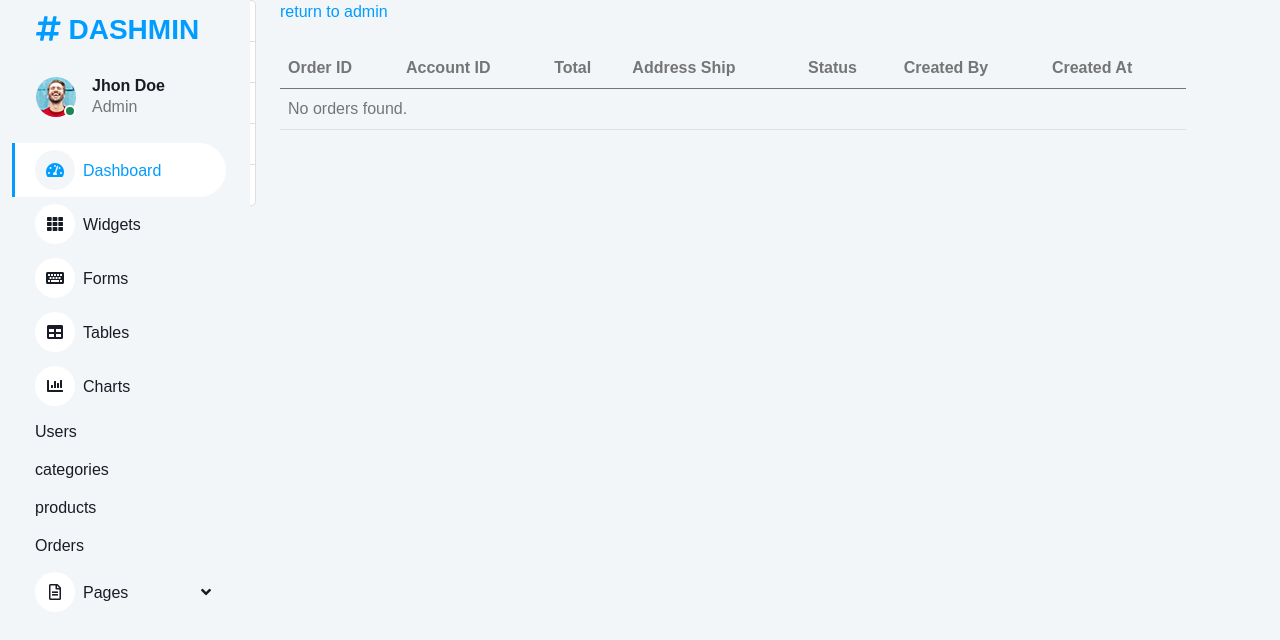
Repository: beovan/php1_ASM
Page: http://localhost/admin/order.php
The author's editor kept a copy of each file at every save. The page is drawn from the files as they stood at one save, then again after the next save.
The browser window is 1280 px wide. The pictures show the whole page.
Some web fonts or font styles are not loaded; a fallback is used. Some web libraries are served in a nearby version. The page is run by PHP 8.4 with error messages shown; the project is at /var/www/html/. The session is filled in as if someone had signed in: {"account_id": 1}. Other server files are loaded and not shown. Queries for data that is not in the repository find no rows.

Above is the page before, as saved 2023-08-09 22:30:13.

### admin/order.php
<?php
include '../config.php';
session_start();
include_once("../account_id.php");

if (isset($_GET['order_details_id']) && is_numeric($_GET['order_details_id'])) {
    $message = "";
    $categoryId = $_GET['order_details_id'];
    // Bước 3: Thực hiện câu truy vấn xoá bản ghi có ID tương ứng
    $sqlDelete = "DELETE FROM order_details WHERE order_details_id = $categoryId";
    if ($conn->query($sqlDelete) === TRUE) {
        $message = "Data deleted successfully.";
    } else {
        $message = "Error while deleting data:  " . $conn->error;
    }
}

?>

<!doctype html>
<html lang="en">

<head>
    <meta charset="UTF-8" />
    <meta http-equiv="X-UA-Compatible" content="IE=edge" />
    <meta name="viewport" content="width=device-width, initial-scale=1.0" />
    <title>order</title>
    <?php
    include('./layout/header.php');
  ?>
</head>

<body>
    <div class="container">
        <div class="row">
            <?php
   $select_user = mysqli_query($conn, "SELECT * FROM `account`
   WHERE account_id ='$account_id' ")
   or die("query failed");
   if (mysqli_num_rows($select_user) > 0) {
       $fetch_user = mysqli_fetch_assoc($select_user);
   };
   include "./layout/nav.php";
   include("./layout/side_bar.php");
   ?>

            <div class="col col-lg-10">
                <a href="./admin_user.php">return to admin </a>
                <br>
                <?php
            //chỉnh đây
            if (isset($message) && $message !== '') {
                echo $message;
            }
            //đến đây
            ?>
            <br>
                 <table class="table table-hover">
            <thead>
                <tr>
                    <th>Order ID</th>
                    <th>Account ID</th>
                    <th>Total</th>
                    <th>Address Ship</th>
                    <th>Status</th>
                    <th>Created By</th>
                    <th>Created At</th>
                </tr>
            </thead>
            <tbody>
                <?php
                // Assuming you have a database connection established ($conn)
                $query = "SELECT * FROM `order`"; // Replace with your actual table name
                $result = mysqli_query($conn, $query);

                if (mysqli_num_rows($result) > 0) {
                    while ($row = mysqli_fetch_assoc($result)) {
                        ?>
                        <tr>
                            <td><?php echo $row['order_id']; ?></td>
                            <td><?php echo $row['account_id']; ?></td>
                            <td><?php echo $row['total']; ?></td>
                            <td><?php echo $row['address_ship']; ?></td>
                            <td><?php echo $row['status']; ?></td>
                            <td><?php echo $row['created_by']; ?></td>
                            <td><?php echo $row['created_at']; ?></td>
                        </tr>
                        <?php
                    }
                } else {
                    ?>
                    <tr>
                        <td colspan="7">No orders found.</td>
                    </tr>
                    <?php
                }
                ?>
            </tbody>
        </table>
            </div>
        </div>
    </div>

</body>

</html>

### config.php
<?php
$conn = mysqli_connect('localhost','root','','php1_asm_pk03114' ) or die('connection failed');

?>

### account_id.php
<?php

$account_id = $_SESSION['account_id'];

if (!isset($account_id)){
    header('location:login.php');
}

//logout thì quay lại trang chủ
if (isset($_GET['logout'])) {
    unset($account_id);
    session_destroy();
    header('location:login.php');
    exit;
}

?>

### admin/layout/header.php
  <link rel="stylesheet" href="https://cdn.jsdelivr.net/npm/bootstrap-icons@1.10.5/font/bootstrap-icons.css" />
  <link href="https://cdn.jsdelivr.net/npm/bootstrap@5.2.3/dist/css/bootstrap.min.css" rel="stylesheet">
  <script src="https://cdn.jsdelivr.net/npm/bootstrap@5.2.3/dist/js/bootstrap.bundle.min.js"></script>


    <!-- chỉnh css mới (cart) -->
  <link rel="stylesheet" href="../css/thongtintaikhoan.css">
    <link rel="stylesheet" href="../css/sidebar.css">
    <link rel="stylesheet" href="../css/dashboard.css">

       <!-- Favicon -->
       <link href="img/favicon.ico" rel="icon">

<!-- Google Web Fonts -->
<link rel="preconnect" href="https://fonts.googleapis.com">
<link rel="preconnect" href="https://fonts.gstatic.com" crossorigin>
<link href="https://fonts.googleapis.com/css2?family=Heebo:wght@400;500;600;700&display=swap" rel="stylesheet">

<!-- Icon Font Stylesheet -->
<link href="https://cdnjs.cloudflare.com/ajax/libs/font-awesome/5.10.0/css/all.min.css" rel="stylesheet">
<link href="https://cdn.jsdelivr.net/npm/bootstrap-icons@1.4.1/font/bootstrap-icons.css" rel="stylesheet">

<!-- Libraries Stylesheet -->
<link href="lib/owlcarousel/assets/owl.carousel.min.css" rel="stylesheet">
<link href="lib/tempusdominus/css/tempusdominus-bootstrap-4.min.css" rel="stylesheet" />

<!-- Customized Bootstrap Stylesheet -->
<link href="css/bootstrap.min.css" rel="stylesheet">

<!-- Template Stylesheet -->
<link href="css/style.css" rel="stylesheet">

### admin/layout/nav.php
   <div class="sidebar pe-4 pb-3">
            <nav class="navbar bg-light navbar-light">
                <a href="index.html" class="navbar-brand mx-4 mb-3">
                    <h3 class="text-primary"><i class="fa fa-hashtag me-2"></i>DASHMIN</h3>
                </a>
                <div class="d-flex align-items-center ms-4 mb-4">
                    <div class="position-relative">
                        <img class="rounded-circle" src="img/user.jpg" alt="" style="width: 40px; height: 40px;">
                        <div class="bg-success rounded-circle border border-2 border-white position-absolute end-0 bottom-0 p-1"></div>
                    </div>
                    <div class="ms-3">
                        <h6 class="mb-0">Jhon Doe</h6>
                        <span>Admin</span>
                    </div>
                </div>
                <div class="navbar-nav w-100">
                    <a href="index.html" class="nav-item nav-link active"><i class="fa fa-tachometer-alt me-2"></i>Dashboard</a>

                    <a href="widget.html" class="nav-item nav-link"><i class="fa fa-th me-2"></i>Widgets</a>
                    <a href="form.html" class="nav-item nav-link"><i class="fa fa-keyboard me-2"></i>Forms</a>
                    <a href="table.html" class="nav-item nav-link"><i class="fa fa-table me-2"></i>Tables</a>
                    <a href="chart.html" class="nav-item nav-link"><i class="fa fa-chart-bar me-2"></i>Charts</a>
                    <a class= 'nav-item nav-link' href="../admin/users.php">Users</a>
                    <a class= 'nav-item nav-link' href="../admin/categories.php">categories</a>
                    <a class= 'nav-item nav-link' href="../admin/products.php">products</a>
                    <a class= 'nav-item nav-link' href="../admin/order.php">Orders</a>

                    <div class="nav-item dropdown">
                        <a href="#" class="nav-link dropdown-toggle" data-bs-toggle="dropdown"><i class="far fa-file-alt me-2"></i>Pages</a>
                        <div class="dropdown-menu bg-transparent border-0">
                            <a href="signin.html" class="dropdown-item">Sign In</a>
                            <a href="signup.html" class="dropdown-item">Sign Up</a>
                            <a href="404.html" class="dropdown-item">404 Error</a>
                            <a href="blank.html" class="dropdown-item">Blank Page</a>
                        </div>
                    </div>
                </div>
            </nav>
        </div>

### admin/layout/side_bar.php
<div class="col col-lg-2">
      <ul class="list-group">
          <li class="list-group-item">
          <a class= 'link' href="../admin/users.php">Users</a>
        </li>
          <li class="list-group-item">
              <a class= 'link' href="../admin/categories.php">categories</a>
          </li>
          <li class="list-group-item">
          <a class= 'link' href="../admin/products.php">products</a>
          </li>
          <li class="list-group-item">
          <a class= 'link' href="../admin/order.php">Orders</a>
          </li>

          <li class="list-group-item">Report</li>
      </ul>
  </div>

### css/thongtintaikhoan.css
.account-info {
    width: 1200px;
    height: 600px;
    text-align: left;
    line-height: 80px;
  }

  .account-info-button {
    display: flex;
    justify-content: center;
  }

  .account-info-list li {
    list-style: none;
  }

  #account-info-save {
    width: 100px;
    height: 50px;
    background-color: white;
    border: 1px solid black;
    display: flex;
    align-items: center;
    justify-content: center;
    transition: 1s;
    color: black;
  }

  #account-info-save:hover {
    background-color: var(--banner-color); /* Replace var(--banner-color) with the desired color */
    color: white;
  }

  .account-info-title {
    border-bottom: 1px solid rgba(141, 141, 141, 0.266);
  }

### css/sidebar.css
.link {
    text-decoration: none;
    color: black ;
}

### css/dashboard.css
.navbar {
    margin-bottom: 50px;

}

.navbar-nav {
    width: 100%;
}

.flex {
    display: flex;
    justify-content: space-between;
    width: 100%;
}

### admin/css/style.css
/********** Template CSS **********/
:root {
    --primary: #009CFF;
    --light: #F3F6F9;
    --dark: #191C24;
}

.back-to-top {
    position: fixed;
    display: none;
    right: 45px;
    bottom: 45px;
    z-index: 99;
}


/*** Spinner ***/
#spinner {
    opacity: 0;
    visibility: hidden;
    transition: opacity .5s ease-out, visibility 0s linear .5s;
    z-index: 99999;
}

#spinner.show {
    transition: opacity .5s ease-out, visibility 0s linear 0s;
    visibility: visible;
    opacity: 1;
}


/*** Button ***/
.btn {
    transition: .5s;
}

.btn.btn-primary {
    color: #FFFFFF;
}

.btn-square {
    width: 38px;
    height: 38px;
}

.btn-sm-square {
    width: 32px;
    height: 32px;
}

.btn-lg-square {
    width: 48px;
    height: 48px;
}

.btn-square,
.btn-sm-square,
.btn-lg-square {
    padding: 0;
    display: inline-flex;
    align-items: center;
    justify-content: center;
    font-weight: normal;
    border-radius: 50px;
}


/*** Layout ***/
.sidebar {
    position: fixed;
    top: 0;
    left: 0;
    bottom: 0;
    width: 250px;
    height: 100vh;
    overflow-y: auto;
    background: var(--light);
    transition: 0.5s;
    z-index: 999;
}

.content {
    margin-left: 250px;
    min-height: 100vh;
    background: #FFFFFF;
    transition: 0.5s;
}

@media (min-width: 992px) {
    .sidebar {
        margin-left: 0;
    }

    .sidebar.open {
        margin-left: -250px;
    }

    .content {
        width: calc(100% - 250px);
    }

    .content.open {
        width: 100%;
        margin-left: 0;
    }
}

@media (max-width: 991.98px) {
    .sidebar {
        margin-left: -250px;
    }

    .sidebar.open {
        margin-left: 0;
    }

    .content {
        width: 100%;
        margin-left: 0;
    }
}


/*** Navbar ***/
.sidebar .navbar .navbar-nav .nav-link {
    padding: 7px 20px;
    color: var(--dark);
    font-weight: 500;
    border-left: 3px solid var(--light);
    border-radius: 0 30px 30px 0;
    outline: none;
}

.sidebar .navbar .navbar-nav .nav-link:hover,
.sidebar .navbar .navbar-nav .nav-link.active {
    color: var(--primary);
    background: #FFFFFF;
    border-color: var(--primary);
}

.sidebar .navbar .navbar-nav .nav-link i {
    width: 40px;
    height: 40px;
    display: inline-flex;
    align-items: center;
    justify-content: center;
    background: #FFFFFF;
    border-radius: 40px;
}

.sidebar .navbar .navbar-nav .nav-link:hover i,
.sidebar .navbar .navbar-nav .nav-link.active i {
    background: var(--light);
}

.sidebar .navbar .dropdown-toggle::after {
    position: absolute;
    top: 15px;
    right: 15px;
    border: none;
    content: "\f107";
    font-family: "Font Awesome 5 Free";
    font-weight: 900;
    transition: .5s;
}

.sidebar .navbar .dropdown-toggle[aria-expanded=true]::after {
    transform: rotate(-180deg);
}

.sidebar .navbar .dropdown-item {
    padding-left: 25px;
    border-radius: 0 30px 30px 0;
}

.content .navbar .navbar-nav .nav-link {
    margin-left: 25px;
    padding: 12px 0;
    color: var(--dark);
    outline: none;
}

.content .navbar .navbar-nav .nav-link:hover,
.content .navbar .navbar-nav .nav-link.active {
    color: var(--primary);
}

.content .navbar .sidebar-toggler,
.content .navbar .navbar-nav .nav-link i {
    width: 40px;
    height: 40px;
    display: inline-flex;
    align-items: center;
    justify-content: center;
    background: #FFFFFF;
    border-radius: 40px;
}

.content .navbar .dropdown-toggle::after {
    margin-left: 6px;
    vertical-align: middle;
    border: none;
    content: "\f107";
    font-family: "Font Awesome 5 Free";
    font-weight: 900;
    transition: .5s;
}

.content .navbar .dropdown-toggle[aria-expanded=true]::after {
    transform: rotate(-180deg);
}

@media (max-width: 575.98px) {
    .content .navbar .navbar-nav .nav-link {
        margin-left: 15px;
    }
}


/*** Date Picker ***/
.bootstrap-datetimepicker-widget.bottom {
    top: auto !important;
}

.bootstrap-datetimepicker-widget .table * {
    border-bottom-width: 0px;
}

.bootstrap-datetimepicker-widget .table th {
    font-weight: 500;
}

.bootstrap-datetimepicker-widget.dropdown-menu {
    padding: 10px;
    border-radius: 2px;
}

.bootstrap-datetimepicker-widget table td.active,
.bootstrap-datetimepicker-widget table td.active:hover {
    background: var(--primary);
}

.bootstrap-datetimepicker-widget table td.today::before {
    border-bottom-color: var(--primary);
}


/*** Testimonial ***/
.progress .progress-bar {
    width: 0px;
    transition: 2s;
}


/*** Testimonial ***/
.testimonial-carousel .owl-dots {
    margin-top: 24px;
    display: flex;
    align-items: flex-end;
    justify-content: center;
}

.testimonial-carousel .owl-dot {
    position: relative;
    display: inline-block;
    margin: 0 5px;
    width: 15px;
    height: 15px;
    border: 5px solid var(--primary);
    border-radius: 15px;
    transition: .5s;
}

.testimonial-carousel .owl-dot.active {
    background: var(--dark);
    border-color: var(--primary);
}

Loaded but not shown: admin/lib/owlcarousel/assets/owl.carousel.min.css (common file); admin/lib/tempusdominus/css/tempusdominus-bootstrap-4.min.css (library); admin/css/bootstrap.min.css (library)

After the next save:
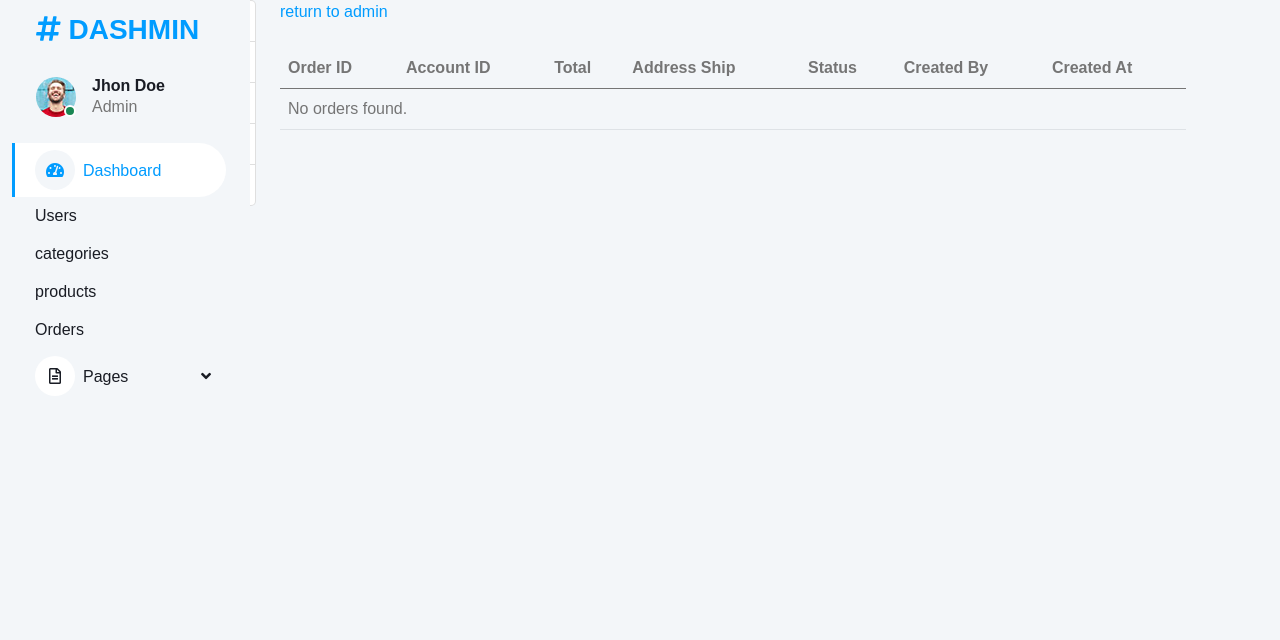
Saved 30 s later.
--- a/admin/layout/nav.php
+++ b/admin/layout/nav.php
@@ -15,11 +15,6 @@
                 </div>
                 <div class="navbar-nav w-100">
                     <a href="index.html" class="nav-item nav-link active"><i class="fa fa-tachometer-alt me-2"></i>Dashboard</a>
-
-                    <a href="widget.html" class="nav-item nav-link"><i class="fa fa-th me-2"></i>Widgets</a>
-                    <a href="form.html" class="nav-item nav-link"><i class="fa fa-keyboard me-2"></i>Forms</a>
-                    <a href="table.html" class="nav-item nav-link"><i class="fa fa-table me-2"></i>Tables</a>
-                    <a href="chart.html" class="nav-item nav-link"><i class="fa fa-chart-bar me-2"></i>Charts</a>
                     <a class= 'nav-item nav-link' href="../admin/users.php">Users</a>
                     <a class= 'nav-item nav-link' href="../admin/categories.php">categories</a>
                     <a class= 'nav-item nav-link' href="../admin/products.php">products</a>
